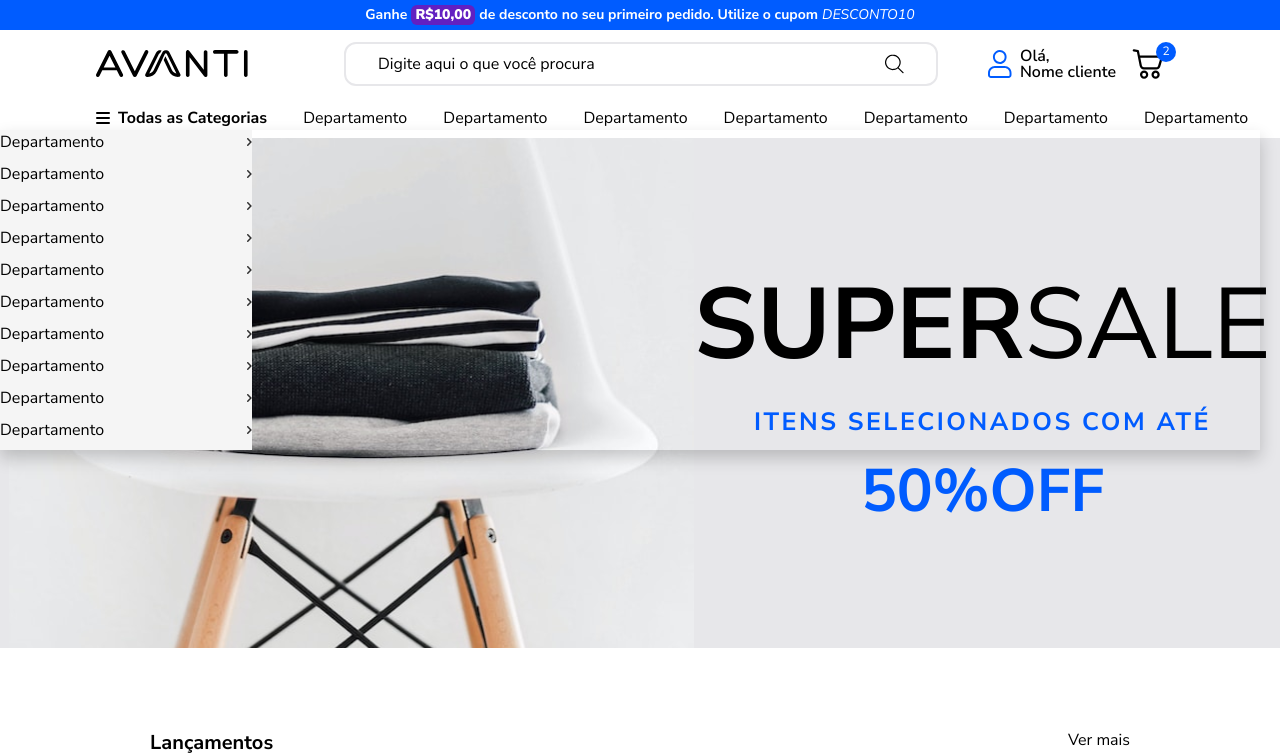
Repository: chidekina/avanti-01
Page: index.html
An editor plug-in stored every save of this project. The page is shown before and after the next save, followed by the edit.
The browser window is 1280 px wide. The pictures show the part of the page from y = 0 to 754 px (the page is 4120 px tall).
A picture or video elsewhere on the page could not be fetched, so the positions and the page height are approximate.

Above is the page before, as saved 2025-04-11 20:03:37.

After the next save:
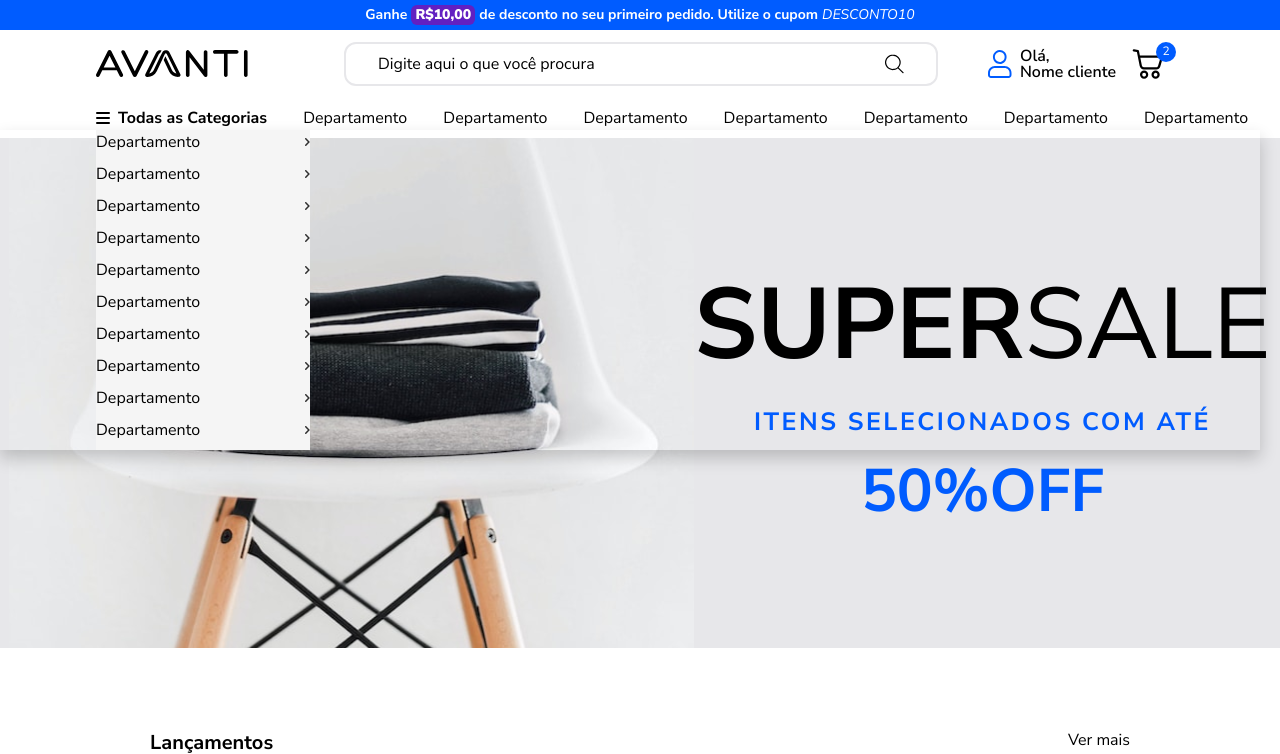
Saved 10 s later.
--- a/index.html
+++ b/index.html
@@ -77,7 +77,7 @@
         </li>
         </ul>
       </div>
-      <div class=" flex w-[1260px] h-[320px]" id="dropdown-content">
+      <div class=" px-24 flex w-[1260px] h-[320px]" id="dropdown-content">
         <ul class="flex flex-col gap-2 bg-(--bg-lighter) overflow-y-scroll w-1/5" id="categories-list">
         </ul>
       </div>
